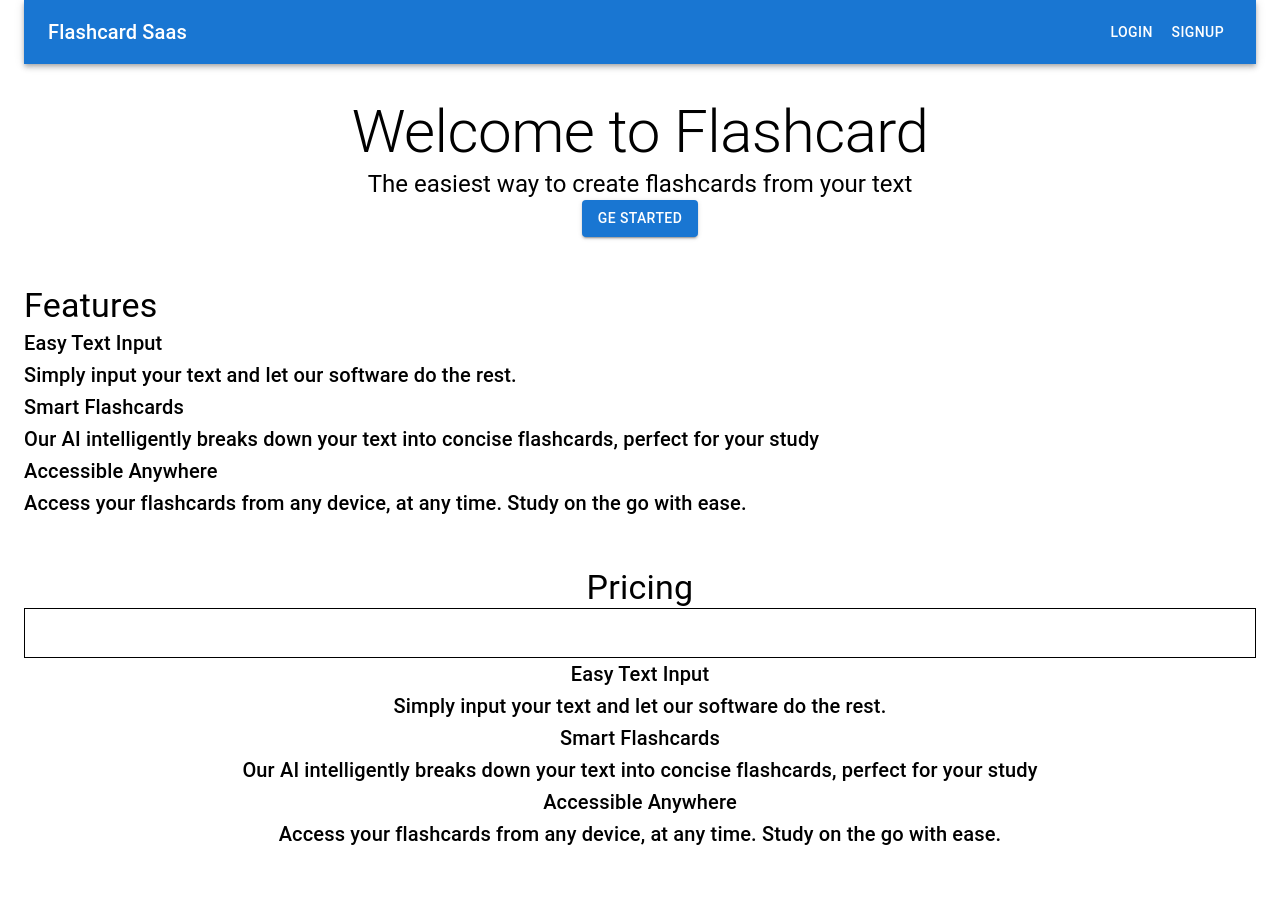
Repository: rakeshpuppala2590/AI-Flashcards-Stripe
Page: /
The author's editor kept a copy of each file at every save. The page is drawn from the files as they stood at one save, then again after the next save.
The browser window is 1280 px wide. The pictures show the whole page.
The page's requests for data from a server got no answer. The project was rebuilt for these pictures with package versions that can differ from the ones it lists, and the page was loaded fresh each time. Some packages were replaced by stand-ins written for this rebuild. The framework's server and built-in components were replaced by stand-ins that run in the browser. No one was signed in, and anything a server would have sent is missing. Also part of the build but not shown: next.config.mjs.

Above is the page before, as saved 2024-08-12 15:01:59.

After the next save:
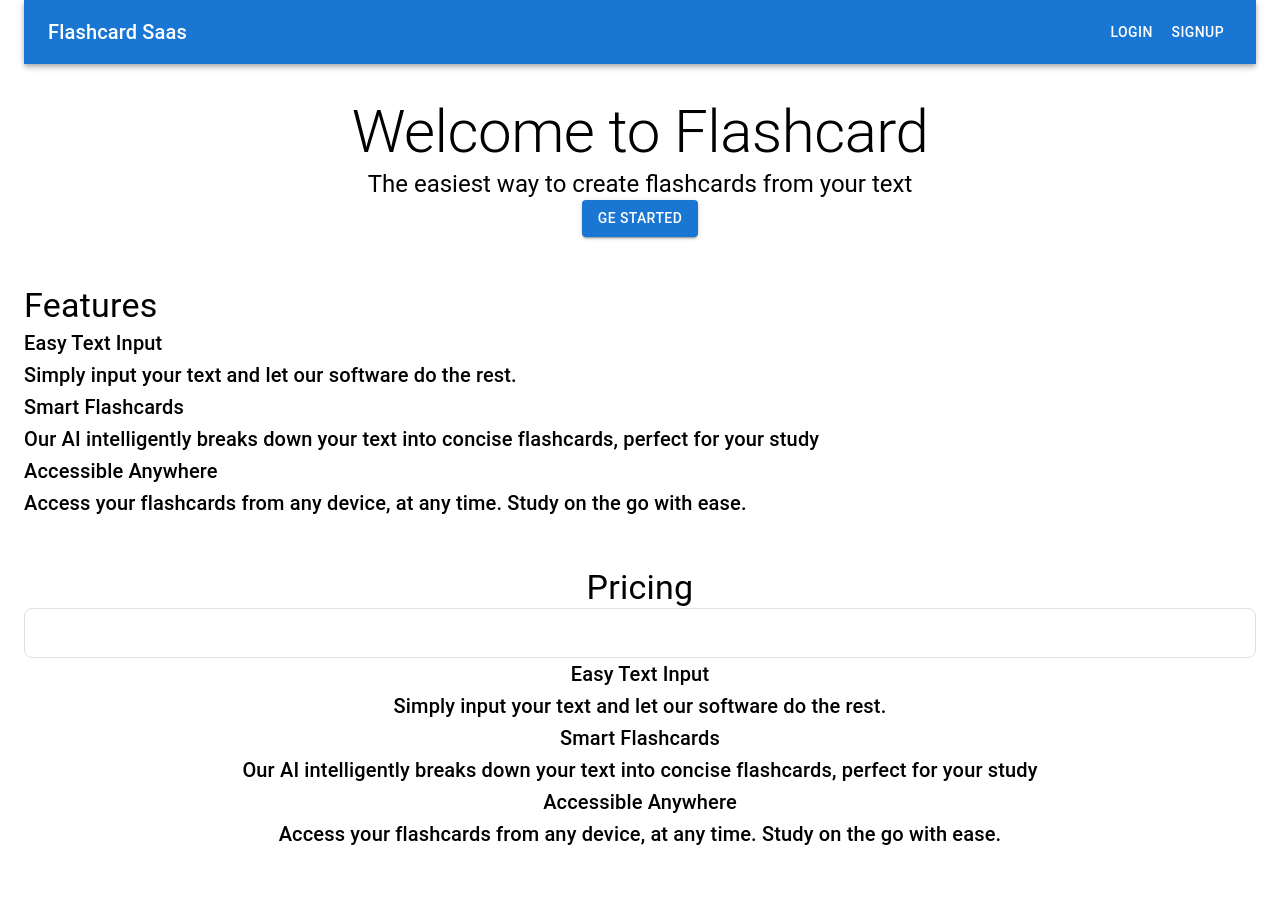
Saved 44 s later.
--- a/src/app/page.js
+++ b/src/app/page.js
@@ -91,6 +91,8 @@ export default function Home() {
               sx={{
                 p: 3,
                 border: "1px solid",
+                borderColor: "grey.300",
+                borderRadius: 2,
               }}
             ></Box>
             <Typography variant="h6">Easy Text Input</Typography>
